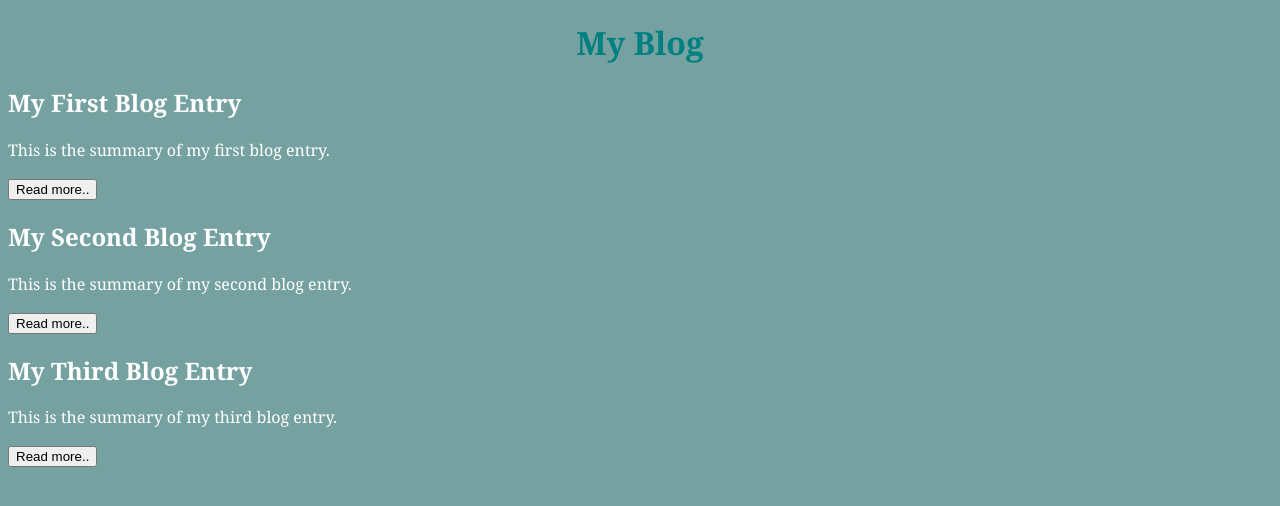
Repository: deniseada/class1
Page: /
These files come from the project's save history. The page is drawn as it stood at one moment and after a run of saves; the edit follows.
The browser window is 1280 px wide. The pictures show the whole page.
The project was rebuilt for these pictures with package versions that can differ from the ones it lists, and the page was loaded fresh each time. Also part of the build but not shown: vite.config.js.

Above is the page before, as saved 2025-09-10 14:00:06.

After the next 5 saves:
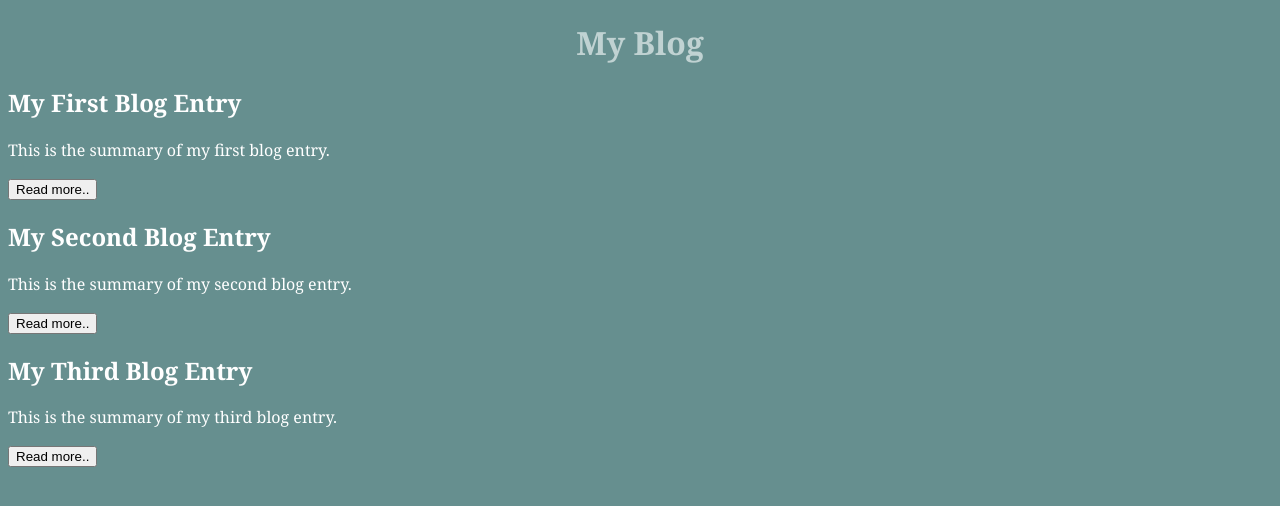
The 5 saves are shown as one change because they came seconds apart.
The last was saved 16 s later.
--- a/src/index.css
+++ b/src/index.css
@@ -1,9 +1,9 @@
 html {
   font-family: Georgia, "Times New Roman", Times, serif;
-  background-color: rgb(118, 161, 161);
+  background-color: rgb(102, 143, 143);
   color: white;
 }
 h1 {
-  color: teal;
+  color: rgb(192, 210, 210);
   text-align: center;
 }
